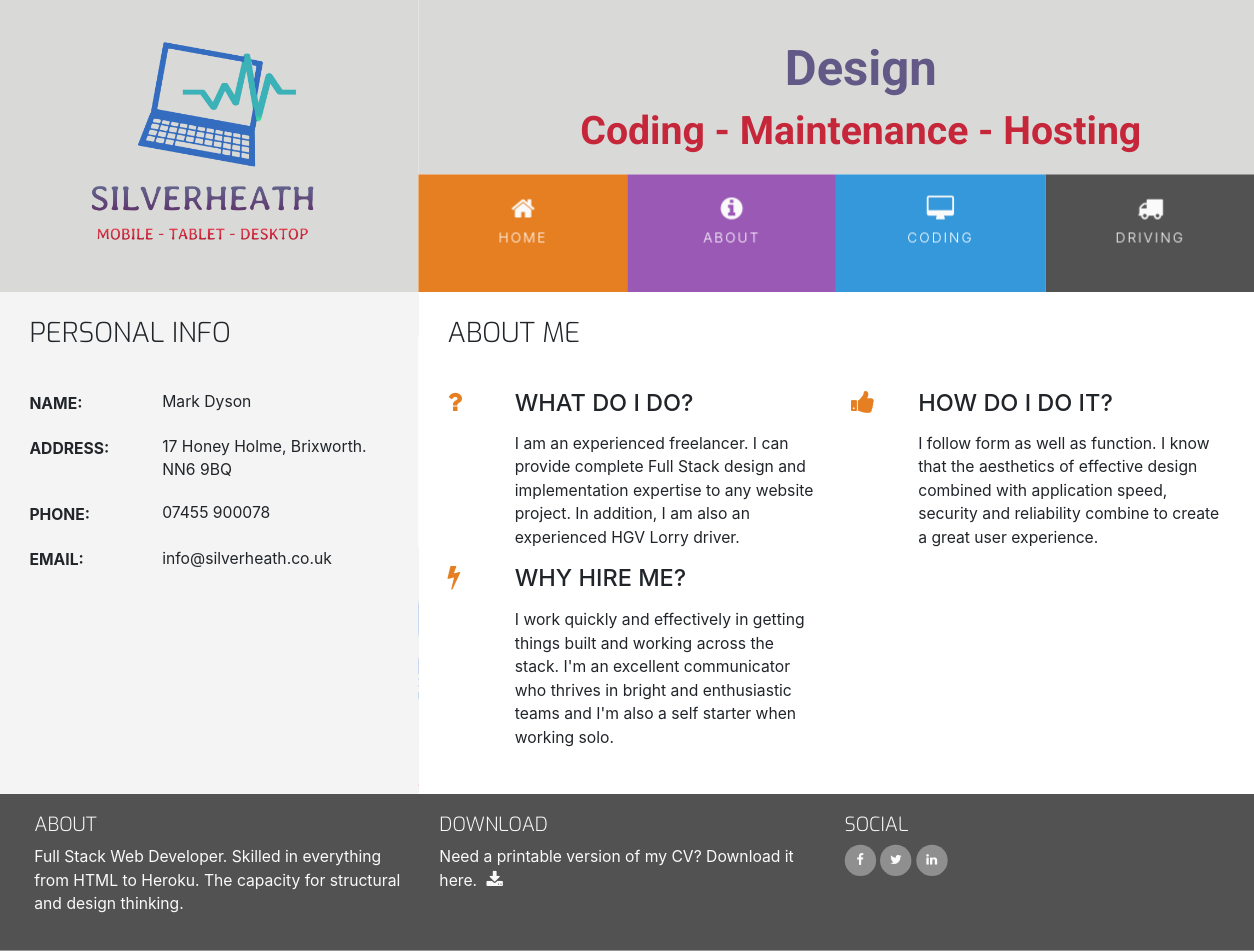
Repository: Code-Institute-Submissions/silverheath
Page: index.html
The author's editor kept a record of every edit. The page is drawn from the files as they stood at one moment, then again after the next edit.
The browser window is 1280 px wide. The pictures show the whole page, at 98% of full size.
Some web libraries are served in a nearby version.

Above is the page before.

### index.html
<!DOCTYPE html>
<html lang="en">

<head>
    <meta charset="UTF-8">
    <meta name="viewport" content="width=device-width, initial-scale=1.0">
    <meta http-equiv="X-UA-Compatible" content="ie=edge">
    <link rel="stylesheet" href="https://maxcdn.bootstrapcdn.com/bootstrap/4.2.1/css/bootstrap.min.css" type="text/css" />
    <link rel="stylesheet" href="https://maxcdn.bootstrapcdn.com/font-awesome/4.7.0/css/font-awesome.min.css" type="text/css" />
    <link rel="stylesheet" href="https://cdnjs.cloudflare.com/ajax/libs/hover.css/2.1.1/css/hover-min.css" type="text/css" />
    <link rel="stylesheet" href="assets/css/style.css">
    <title>SilverHeath</title>
</head>

<body>
    <header>
        <div class="row no-gutters">
            <a class="col-md-4 logo" href="02-index.html"></a>
            <div class="col-md-8">
                <div class="row no-gutters bg-color-name-title">
                    <div class="col heading">
                        <h1 class="name" <h1 class="name">Design</h1>
                        <h2 class="title">Coding - Maintenance - Hosting</h2>
                    </div>
                </div>
                <div class="row no-gutters">
                    <div class="col">
                        <ul id="nav" class="list-inline menucontainer">
                            <li class="col-6 col-sm-3 list-inline-item ui-menu-color-home menuitem">
                                <a href="index.html" class="hvr-sweep-to-bottom"><i class="fa fa-home" aria-hidden="true"></i><span>Home</span></a>
                            </li>
                            <li class="col-6 col-sm-3 list-inline-item ui-menu-color-about menuitem">
                                <a href="about.html" class="hvr-sweep-to-bottom"><i class="fa fa-info-circle" aria-hidden="true"></i><span>About</span></a>
                            </li>
                            <li class="col-6 col-sm-3 list-inline-item ui-menu-color-contact menuitem">
                                <a href="coding_index.html" class="hvr-sweep-to-bottom"><i class="fa fa-desktop" aria-hidden="true"></i><span>Coding</span></a>
                            </li>
                            <li class="col-6 col-sm-3 list-inline-item ui-menu-color-download menuitem">
                                <a href="assets/cv/cv.pdf" target="_blank" class="hvr-sweep-to-bottom"><i class="fa fa-truck" aria-hidden="true"></i><span>Driving</span></a>
                            </li>
                        </ul>
                    </div>
                </div>
            </div>
        </div>
    </header>
    <section class="container-fluid">
        <div class="row">
            <div class="col-md-4 bg-color-personal-info section-column">
                <div class="row">
                    <div class="col-12">
                        <h3 class="section-heading uppercase">
                            Personal Info
                        </h3>
                    </div>
                </div>
                <div class="personal-info-item">
                    <div class="key">
                        <p class="uppercase">
                            Name:
                        </p>
                    </div>
                    <div class="value">
                        <p>
                            Mark Dyson
                        </p>
                    </div>
                </div>
                <div class="personal-info-item">
                    <div class="key">
                        <p class="uppercase">
                            Address:
                        </p>
                    </div>
                    <div class="value">
                        <p>
                            17 Honey Holme, Brixworth. NN6 9BQ
                        </p>
                    </div>
                </div>
                <div class="personal-info-item">
                    <div class="key">
                        <p class="uppercase">
                            Phone:
                        </p>
                    </div>
                    <div class="value">
                        <p>
                            07455 900078
                        </p>
                    </div>
                </div>
                <div class="personal-info-item">
                    <div class="key">
                        <p class="uppercase">
                            Email:
                        </p>
                    </div>
                    <div class="value">
                        <p>
                            info@silverheath.co.uk
                        </p>
                    </div>
                </div>
            </div>
            <div class="col-md-8 bg-color-three-reasons section-column">
                <div class="row">
                    <div class="col">
                        <h3 class="section-heading uppercase">About Me</h3>
                    </div>
                </div>
                <div class="row">
                    <div class="col-10 offset-1 offset-sm-0 col-sm-4 col-md-6">
                        <div class="row">
                            <div class="col-2">
                                <i class="three-reasons-icon fa fa-question" aria-hidden="true"></i>
                            </div>
                            <div class="col-10">
                                <h4 class="three-reasons-heading uppercase">What do I do?</h4>
                                <p>
                                    I am an experienced freelancer. I can provide complete Full Stack design and implementation expertise to any website project.  In addition, I am also an experienced HGV Lorry driver.
                                </p>
                            </div>
                        </div>
                    </div>
                    <div class="col-10 offset-1 offset-sm-0 col-sm-4 col-md-6">
                        <div class="row">
                            <div class="col-2">
                                <i class="three-reasons-icon fa fa-thumbs-up" aria-hidden="true"></i>
                            </div>
                            <div class="col-10">
                                <h4 class="three-reasons-heading uppercase">How do I do it?</h4>
                                <p>
                                    I follow form as well as function. I know that the aesthetics of effective design combined with application speed, security and reliability combine to create a great user experience.
                                </p>
                            </div>
                        </div>
                    </div>
                    <div class="col-10 offset-1 offset-sm-0 col-sm-4 col-md-6">
                        <div class="row">
                            <div class="col-2">
                                <i class="three-reasons-icon fa fa-bolt" aria-hidden="true"></i>
                            </div>
                            <div class="col-10">
                                <h4 class="three-reasons-heading uppercase">Why hire me?</h4>
                                <p>
                                    I work quickly and effectively in getting things built and working across the stack. I'm an excellent communicator who thrives in bright and enthusiastic teams and I'm also a self starter when working solo.
                                </p>
                            </div>
                        </div>
                    </div>
                </div>
            </div>
        </div>

    </section>
    <footer class="container-fluid">
        <div id="footer-details" class="row">
            <div class="col-sm-4">
                <h5 class="uppercase general-sub">About</h5>
                <p class="inline-block">
                    Full Stack Web Developer. Skilled in everything from HTML to Heroku. The capacity for structural and design thinking.
                </p>
            </div>
            <div class="col-sm-4">
                <h5 class="uppercase general-sub">Download</h5>
                <p class="inline-block">
                    Need a printable version of my CV? Download it here.
                    <a href="assets/cv/cv.pdf" target="_blank" class="cv-pdf">
                                    <i class="fa fa-download" aria-hidden="true"></i>
                                    <span class="sr-only">Download link.</span>
                                </a>
                </p>
            </div>
            <div class="col-sm-4">
                <h5 class="uppercase general-sub">Social</h5>
                <ul class="list-inline social-links">
                    <li class="list-inline-item">
                        <a target="_blank" href="https://www.facebook.com/T123MRD">
                                        <i class="fa fa-facebook" aria-hidden="true"></i>
                                        <span class="sr-only">Facebook</span>
                                    </a>
                    </li>
                    <li class="list-inline-item">
                        <a target="_blank" href="https://twitter.com/md1858">
                                        <i class="fa fa-twitter" aria-hidden="true"></i>
                                        <span class="sr-only">Twitter</span>
                                    </a>
                    </li>
                    <li class="list-inline-item">
                        <a target="_blank" href="https://www.linkedin.com/in/mark-dyson-ba7397a1/">
                                        <i class="fa fa-linkedin" aria-hidden="true"></i>
                                        <span class="sr-only">LinkedIn</span>
                                    </a>
                    </li>



                </ul>
            </div>
        </div>
    </footer>
</body>

</html>

### assets/css/style.css
@import url('https://fonts.googleapis.com/css?family=Roboto:100,200,300,400,500,600,700|Exo:100,200,300,400,500,600,700');

/*--------------------------------------------Colors*/

.bg-color-name-title {
    background-color: #D9D9D8;
}

.bg-color-three-reasons {
    background-color: #fff;
}

.bg-color-personal-info {
    background-color: #f4f4f4;
}

.bg-color-work-history {
    background-color: #9b59b6;
}

.bg-color-contact {
    background-color: #fff;
}

.ui-menu-color-home {
    background-color: #e67e22;
}

.ui-menu-color-resume {
    background-color: #9b59b6;
}

.ui-menu-color-about {
    background-color: #9b59b6;
}

.ui-menu-color-contact {
    background-color: #3498db;
}

.ui-menu-color-download {
    background-color: #525252;
}

.row-table {
    display: table;
}

.section-column {
    display: table-cell;
    padding: 0 30px 30px;
    float: none;
}

.section-heading {
    font-family: "Exo", sans-serif;
    font-weight: 300;
    margin-top: 25px;
    margin-bottom: 40px;
}

/* ----------------------------------------Special paddings/margins/text */

h1,
h2,
h3,
h4 {
    margin: 0;
}

.uppercase {
    text-transform: uppercase;
}

.general-sub {
    font-family: "Exo", sans-serif;
    font-weight: 300;
    color: #fafafa;
}

.inline-block {
    display: inline-block;
}

.row-table {
    display: table;
}

.section-column {
    display: table-cell;
    padding: 0 30px 30px;
    float: none;
}

.history-heading,
.section-heading {
    font-family: "Exo", sans-serif;
    font-weight: 300;
    margin-top: 25px;
    margin-bottom: 40px;
}


/*--------------------------------------------Heading*/

header {
    margin: 0;
}

.heading {
    margin-top: 30px;
    margin-left: 50px;
}

.logo {
    background: url("../images/logo.jpg");
    background-position: center;
    background-repeat: no-repeat;
    background-size: contain;
    background-color: #D9D9D8;
    min-height: 200px;
    transition: all .5s ease-in-out;
    -moz-transition: all .5s ease-in-out;
    -webkit-transition: all .5s ease-in-out;
}

.name {
    font-family: "Roboto", sans-serif;
    font-weight: 800;
    font-size: 50px;
    margin-top: 10px;
    margin-bottom: 10px;
    color: #625986;
    text-align: center;
}

.title {
    font-family: "Roboto", sans-serif;
    font-weight: 800;
    font-size: 40px;
    margin-top: 5px;
    margin-bottom: 20px;
    color: #C52639;
    text-align: center;
}

.list-inline-item:not(:last-child) {
    margin: 0;
}

.menucontainer {
    font-size: 0;
}

#nav li {
    font-size: 14px;
    padding: 0;
}

#nav {
    margin: 0;
}

.menuitem {
    height: 120px;
    text-align: center;
    padding: 0;
}

.menuitem a {
    width: 100%;
    text-decoration: none;
    color: #fff;
    height: 120px;
}

.menuitem a i {
    padding-top: 22px;
    display: block;
    color: #fafafa;
    font-size: 26px;
}

.menuitem span {
    display: block;
    width: 100%;
    padding-top: 5px;
    text-align: center;
    text-transform: uppercase;
    font-size: 14px;
    font-weight: 300;
    letter-spacing: 2px;
}

/*--------------------------------------------Hover.css*/

.hvr-sweep-to-bottom:before {
    background: rgba(0, 0, 0, 0.2);
    height: 120px;
}

/* ----------------------------------------Footer */

footer {
    background-color: #525252;
    color: #fafafa;
    min-height: 120px;
    margin: 0;
}

.cv-pdf i {
    font-size: 18px;
    color: #fafafa;
    text-align: center;
    padding-left: 5px;
    transition: all 0.35s ease-in-out;
    -moz-transition: all 0.35s ease-in-out;
    -webkit-transition: all 0.35s ease-in-out;
    -o-transition: all 0.35s ease-in-out;
}

.cv-pdf i:hover {
    color: #e84610;
}

.social-links {
    padding-bottom: 15px;
}

.social-links li a i {
    width: 32px;
    height: 32px;
    padding: 12px 0;
    border-radius: 50%;
    font-size: 13px;
    line-height: 7px;
    text-align: center;
    color: #fafafa;
    background: #8f8f8f;
    transition: all 0.35s ease-in-out;
    -moz-transition: all 0.35s ease-in-out;
    -webkit-transition: all 0.35s ease-in-out;
    -o-transition: all 0.35s ease-in-out;
}

.social-links li a i:hover {
    background: #e84610;
}

#footer-details {
    padding: 20px;
}

/* ----------------------------------------Three Reasons */

.three-reasons-icon {
    font-size: 26px;
    color: #e67e22;
}

.three-reasons-heading {
    margin-bottom: 15px;
}

/* ----------------------------------------Personal Info */

.personal-info-item {
    margin-bottom: 20px;
    display: block;
    clear: both;
}

.personal-info-item .key,
.personal-info-item .value {
    padding-right: 8px;
    display: inline-block;
}

.personal-info-item .key p,
.personal-info-item .value p {
    margin: 0;
}

.personal-info-item .key {
    width: 30%;
    margin-right: 21px;
    padding-top: 2px;
    vertical-align: top;
}

.personal-info-item .key p {
    font-weight: 700;
}

.personal-info-item .value {
    position: relative;
    width: 60%;
}

/* ----------------------------------------Skills */

.progress {
    position: relative;
    height: 25px;
    margin-bottom: 4px;
}

.progress-type {
    position: absolute;
    left: 0px;
    font-weight: 400;
    padding: 3px 30px 2px 10px;
    color: #fafafa;
    background-color: rgba(25, 25, 25, 0.2);
}

.progress-section {
    margin: 40px 20px;
}

/* ----------------------------------------Work History */

.history-heading {
    color: #fafafa;
    margin-bottom: 50px;
}

.timeline-item {
    padding: 4em 2em 0em 2em;
    position: relative;
    color: #fafafa;
    border-left: 1px solid;
}

.timeline-item p {
    padding: 0;
    margin: 0;
}

.timeline-item:before {
    content: attr(data-dates);
    position: absolute;
    left: 2.5em;
    top: 3em;
    display: block;
    font-family: "Exo", sans-serif;
    font-weight: 500;
    font-size: 0.8em;
    padding: 0;
    margin: 0;
}

.timeline-item:after {
    width: 12px;
    height: 12px;
    display: block;
    top: 2.4em;
    position: absolute;
    left: -6px;
    border-radius: 12px;
    content: '';
    background: #fafafa;
}

.history-items {
    margin-bottom: 30px;
}

/* ----------------------------------------Contact Form */

.contact-heading {
    font-family: "Exo", sans-serif;
    font-weight: 300;
    margin-top: 25px;
    margin-bottom: 20px;
}

.center-form {
    padding-top: 10px;
    margin: 0 auto;
    max-width: 70%;
}

button[type="submit"] {
    margin-top: 15px;
    margin-bottom: 20px;
    color: #fafafa;
    background-color: #e84610;
}

/* ----------------------------------------Media Queries */

@media(min-width: 992px) {
    .center-form {
        padding-top: 30px;
        min-height: 240px;
        margin: 0 auto;
        max-width: 50%;
    }
}

After the next edit:
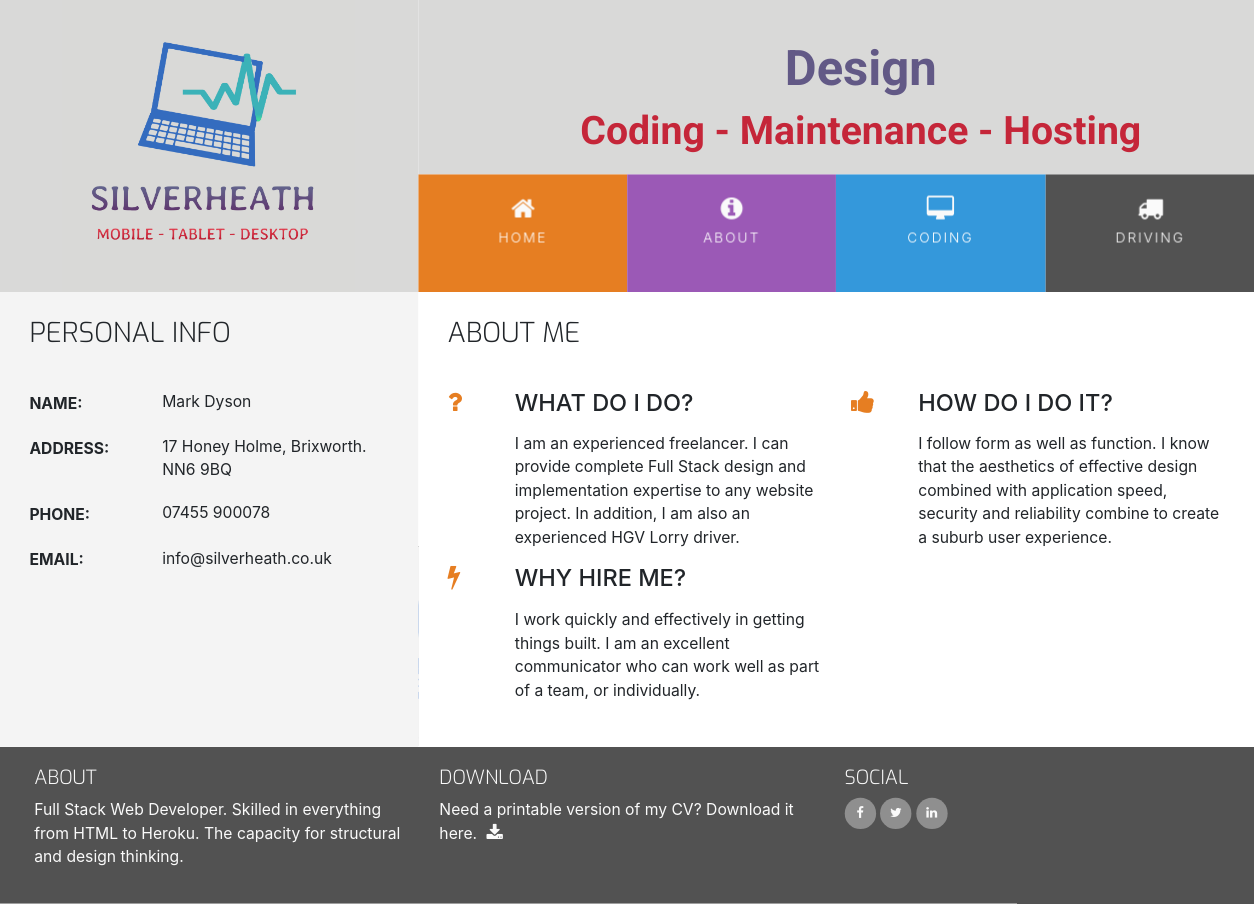
The edit:
--- a/index.html
+++ b/index.html
@@ -118,7 +118,7 @@
                             <div class="col-10">
                                 <h4 class="three-reasons-heading uppercase">What do I do?</h4>
                                 <p>
-                                    I am an experienced freelancer. I can provide complete Full Stack design and implementation expertise to any website project.  In addition, I am also an experienced HGV Lorry driver.
+                                    I am an experienced freelancer. I can provide complete Full Stack design and implementation expertise to any website project. In addition, I am also an experienced HGV Lorry driver.
                                 </p>
                             </div>
                         </div>
@@ -131,7 +131,7 @@
                             <div class="col-10">
                                 <h4 class="three-reasons-heading uppercase">How do I do it?</h4>
                                 <p>
-                                    I follow form as well as function. I know that the aesthetics of effective design combined with application speed, security and reliability combine to create a great user experience.
+                                    I follow form as well as function. I know that the aesthetics of effective design combined with application speed, security and reliability combine to create a suburb  user experience.
                                 </p>
                             </div>
                         </div>
@@ -144,7 +144,9 @@
                             <div class="col-10">
                                 <h4 class="three-reasons-heading uppercase">Why hire me?</h4>
                                 <p>
-                                    I work quickly and effectively in getting things built and working across the stack. I'm an excellent communicator who thrives in bright and enthusiastic teams and I'm also a self starter when working solo.
+
+                                    I work quickly and effectively in getting things built. I am an excellent communicator who can work well as part of a team, or individually.
+
                                 </p>
                             </div>
                         </div>
